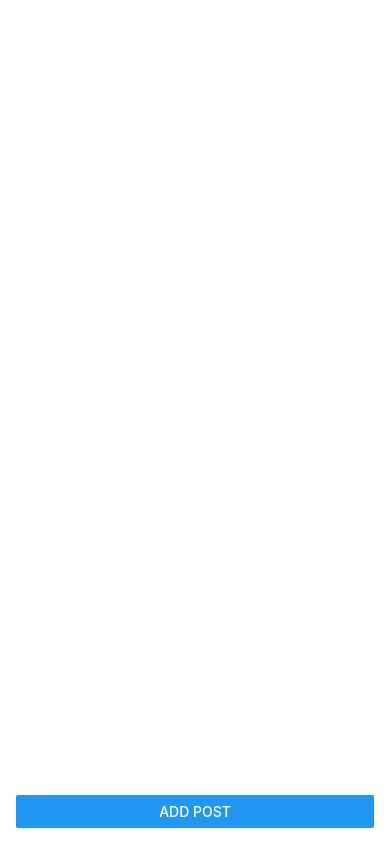
Repository: ntu34543/React-Native
Screen: / (app in demo/)
An editor plug-in stored every save of this project. The screen is shown before and after the next save, followed by the edit.
The page's requests for data from a server got no answer. The app was drawn by React Native's web renderer in a window 390 px wide. The project was rebuilt for these pictures with package versions that can differ from the ones it lists, and the page was loaded fresh each time. No one was signed in, and anything a server would have sent is missing.

Above is the screen before, as saved 2022-09-13 11:45:52.

### demo/App.js
import { StatusBar } from "expo-status-bar";
import { useEffect, useState } from "react";
import {
  Button,
  FlatList,
  StyleSheet,
  Text,
  View,
  TouchableOpacity,
} from "react-native";
import { AntDesign } from "@expo/vector-icons";

export default function App() {
  const [data, setData] = useState([]);

  const getPosts = () => {
    fetch("https://6995-14-224-144-137.ap.ngrok.io/posts")
      .then((res) => res.json())
      .then((resJson) => {
        console.log("data", resJson);
        setData(resJson);
      })
      .catch((e) => console.error(e));
  };

  const addPosts = (title, author) => {
    fetch("https://6995-14-224-144-137.ap.ngrok.io/posts", {
      method: "POST",
      headers: {
        "Content-Type": "application/json",
        Accept: "application/json",
      },
      body: JSON.stringify({
        title: title,
        author: author,
      }),
    })
      .then((res) => res.json())
      .then((resJson) => {
        console.log("data", resJson);
        setData(resJson);
      })
      .catch((e) => console.error(e));
  };

  useEffect(() => {
    getPosts();
  }, []);
  return (
    <View style={styles.container}>
      <StatusBar style="auto" />
      <FlatList
        data={data}
        keyExtractor={(item, index) => index.toString()}
        renderItem={({ item }) => {
          return (
            <View style={styles.container}>
              <View style={styles.showItem}>
                <View>
                  <Text>{item.title}</Text>
                  <Text>{item.author}</Text>
                </View>
                <TouchableOpacity>
                  <AntDesign name="delete" size={24} />
                </TouchableOpacity>
              </View>
            </View>
          );
        }}
      />
      <Button
        title="Add Post"
        onPress={() => {
          addPosts("title", "posts");
        }}
      />
    </View>
  );
}

const styles = StyleSheet.create({
  container: {
    flex: 1,
    backgroundColor: "#fff",
    justifyContent: "center",
    margin: 16,
  },
  showItem: {
    borderWidth: 1,
    borderColor: "black",
    padding: 16,
  },
});

After the next save:
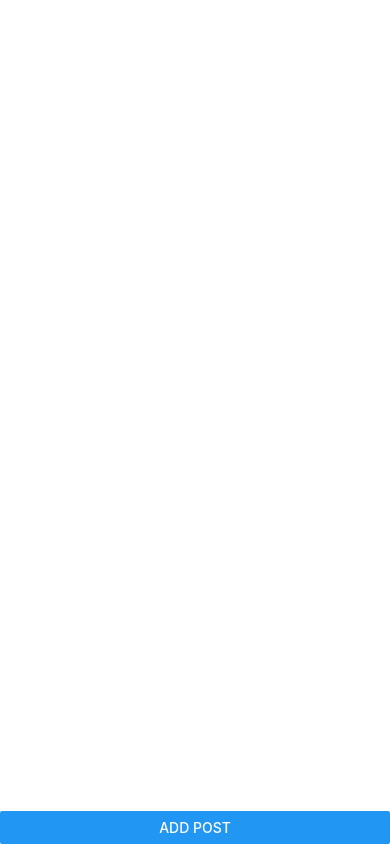
Saved 5 s later.
--- a/demo/App.js
+++ b/demo/App.js
@@ -83,11 +83,11 @@
     flex: 1,
     backgroundColor: "#fff",
     justifyContent: "center",
-    margin: 16,
   },
   showItem: {
     borderWidth: 1,
     borderColor: "black",
     padding: 16,
+    margin: 16,
   },
 });

After the save that followed:
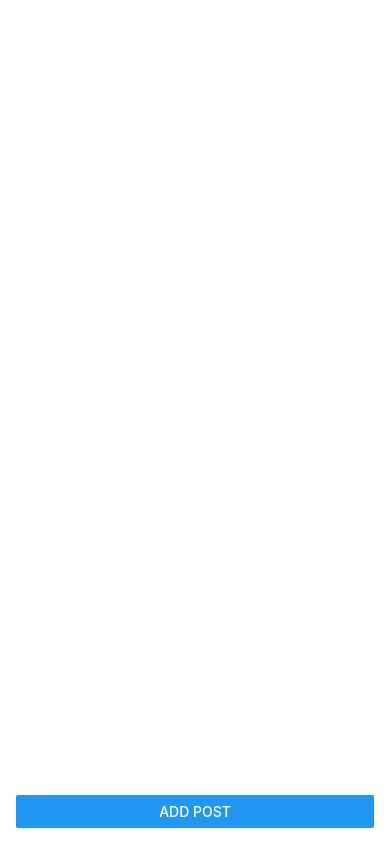
Saved 4 s later.
--- a/demo/App.js
+++ b/demo/App.js
@@ -83,11 +83,11 @@
     flex: 1,
     backgroundColor: "#fff",
     justifyContent: "center",
+    margin: 16,
   },
   showItem: {
     borderWidth: 1,
     borderColor: "black",
     padding: 16,
-    margin: 16,
   },
 });
